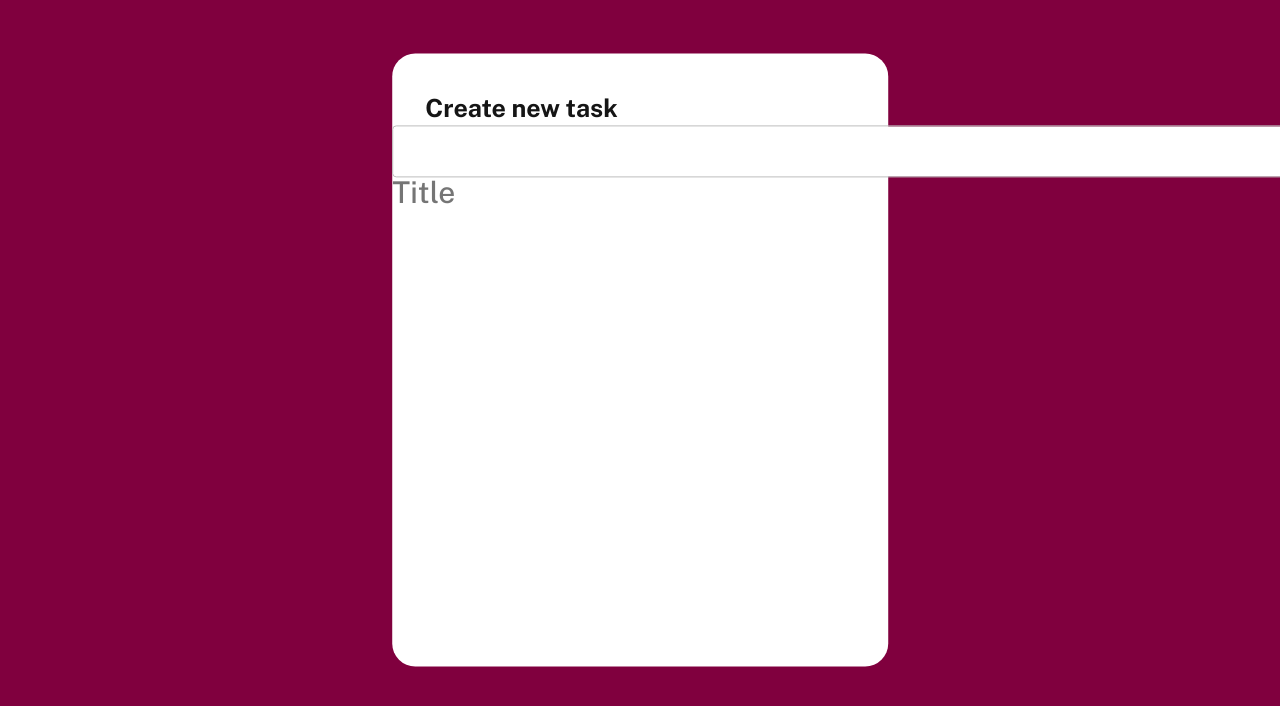
Repository: MorgunovaAlexandra/verstka-form
Page: index.html
These files come from the project's save history. The page is drawn as it stood at one moment and after the next save; the edit follows.
The browser window is 1280 px wide. The pictures show the whole page.
The style sheet was rebuilt from its Sass, Less or Tailwind sources for each picture, by a compiler version that may differ from the author's.

Above is the page before, as saved 2022-06-24 12:25:32.

### index.html
<!DOCTYPE html>
<html lang="ru">
<head>
    <meta charset="UTF-8">
    <meta http-equiv="X-UA-Compatible" content="IE=edge">
    <meta name="viewport" content="width=device-width, initial-scale=1.0">
    <link rel="stylesheet" href="./css/style.css">
    <title>Document</title>
</head>
<body>
    <div class="wrapper">
       <form class="form">
           <div class="fieldset">
            <legend><b>Create new task</b></legend>
            <div class="text-field">
                <input class="text-field__input" type="text" name="firstname" id="firstname"
                >
                <label class="text-field__label" for="username">Title</label>
              </div>
           </div>
        </form>
    </div>
</body>
</html>

### scss/style.scss
@import "variables";
@import "mixins";
@import url('https://fonts.googleapis.com/css2?family=Public+Sans:wght@500;700&display=swap');
body {
   @include vov(rgb(128, 0, 62));
   font-family:$fontFamily ;
   font-weight: $fontWaight;
   line-height: $lineHeight;
   color:$ColorGrey;
}
.form{
    width: 495.55px;
    height: 613.21px;
    background-color: white;
    border-radius: 23px;
     box-sizing: border-box;
    position: fixed; top: 50%; left: 50%;
    -webkit-transform: translate(-50%, -50%);
    -ms-transform: translate(-50%, -50%);
    transform: translate(-50%, -50%);
}
legend{
    margin-top: 40px;
    margin-left: 31px;
    font-weight: 700;
    font-size: 25px;
    color:$ColorBlack;
}

.text-field__input{
    display: block;
      width: 900%;
      height: calc(2.25rem + 2px);
      padding: 0.375rem 0.75rem;
      font-family: inherit;
      font-size: 1rem;
      font-weight: 400;
      line-height: 1.5;
      color: #212529;
      background-color: #fff;
      background-clip: padding-box;
      border: 1px solid #bdbdbd;
      border-radius: 0.25rem;
      transition: border-color 0.15s ease-in-out, box-shadow 0.15s ease-in-out;
    }
.text-field__label{
    display: block;
}

### scss/variables.scss
$bgColor: green;
$fontFamily:'Public Sans', sans-serif;
$fontWaight:500;
$lineHeight:31.86px;
$ColorBlack:#151515;
$ColorGrey:#757575;

### scss/mixins.scss
@mixin vov($color) {
    font-size: 30px;
    background-color:$color ;
}

After the next save:
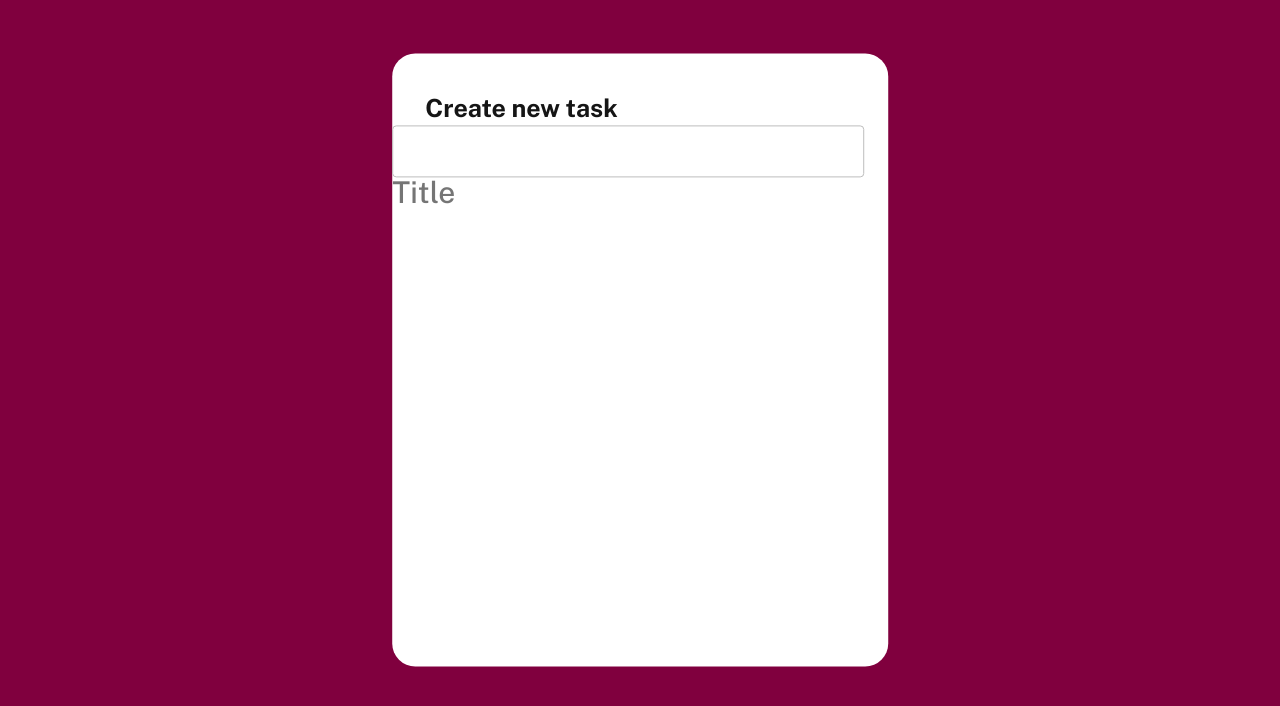
Saved 4 s later.
--- a/scss/style.scss
+++ b/scss/style.scss
@@ -29,7 +29,7 @@ legend{
 
 .text-field__input{
     display: block;
-      width: 900%;
+      width: 90%;
       height: calc(2.25rem + 2px);
       padding: 0.375rem 0.75rem;
       font-family: inherit;
